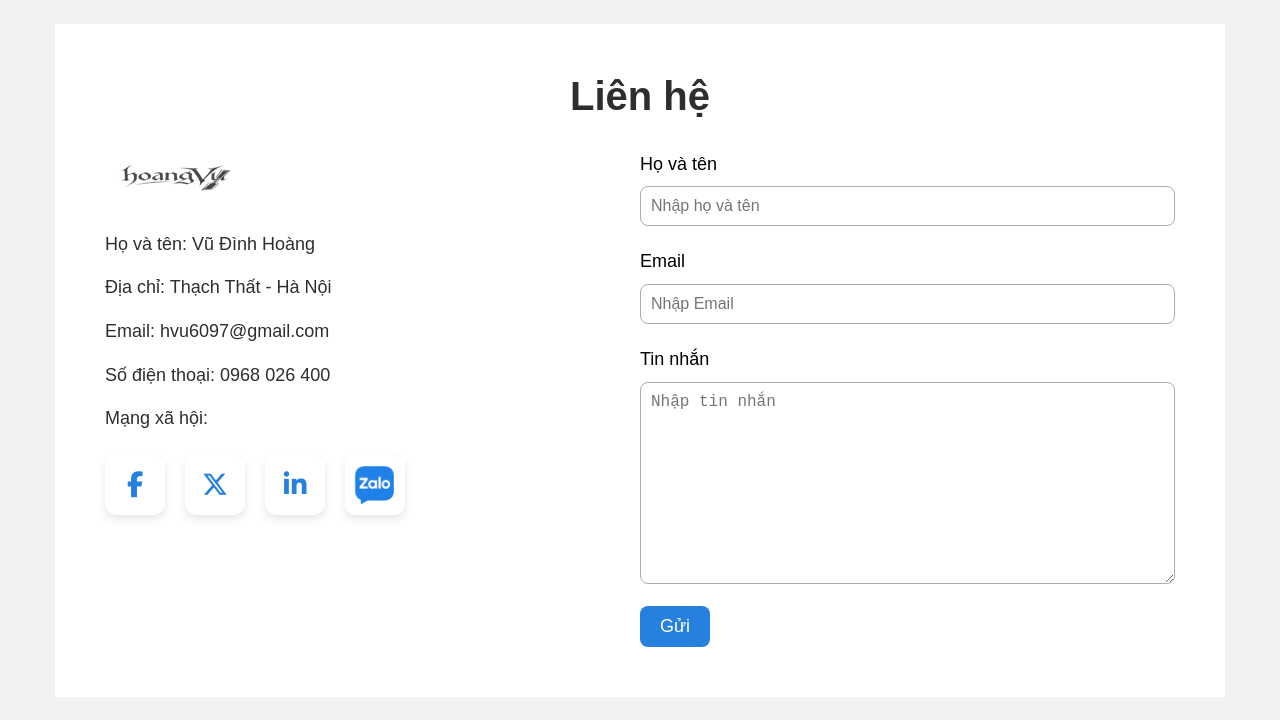
Repository: hoang28092000/portfolio
Page: pages/contact.html
These files come from the project's save history. The page is drawn as it stood at one moment and after a run of saves; the edit follows.
The browser window is 1280 px wide. The pictures show the whole page.

Above is the page before, as saved 2025-04-12 01:18:46.

After the next 3 saves:
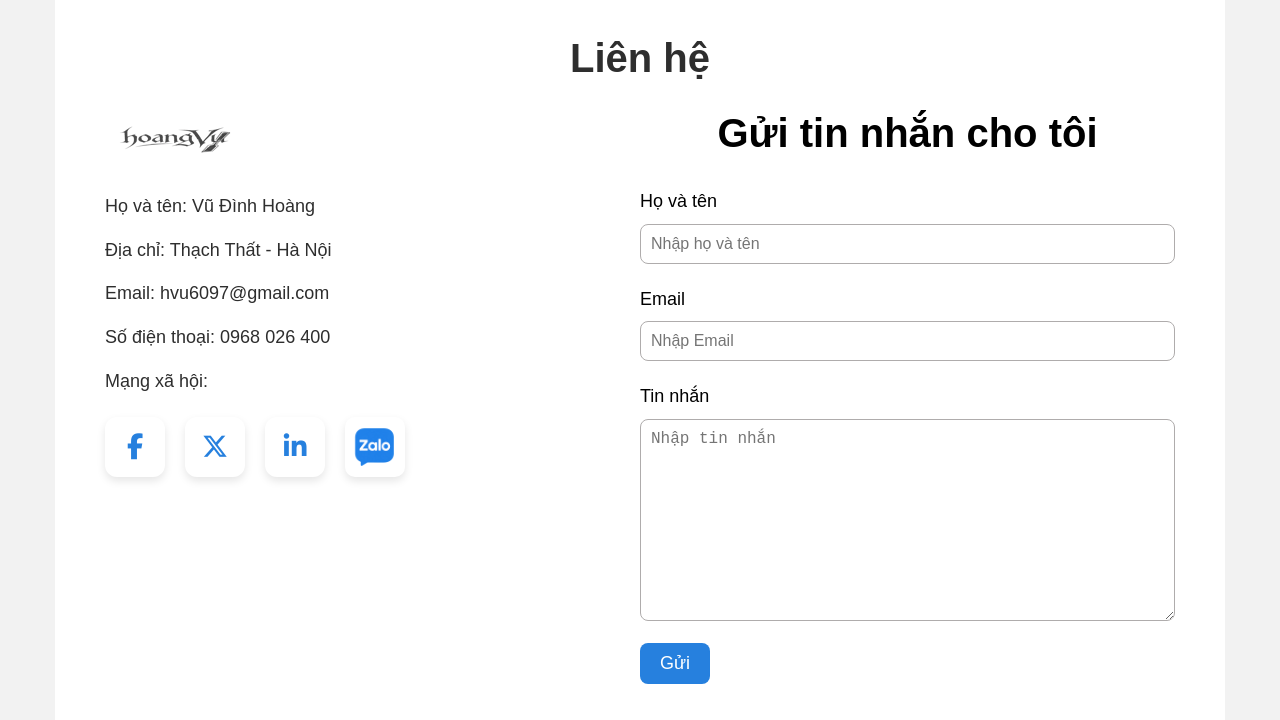
The 3 saves are shown as one change because they came seconds apart.
The last was saved 10 s later.
--- a/pages/contact.html
+++ b/pages/contact.html
@@ -57,6 +57,7 @@
           </div>
 
           <div class="contact-right">
+            <h3 class="title-contact">Gửi tin nhắn cho tôi</h3>
             <form action="" class="form-contact">
               <div class="input-contact">
                 <label for="name" class="label-contact">Họ và tên</label>
